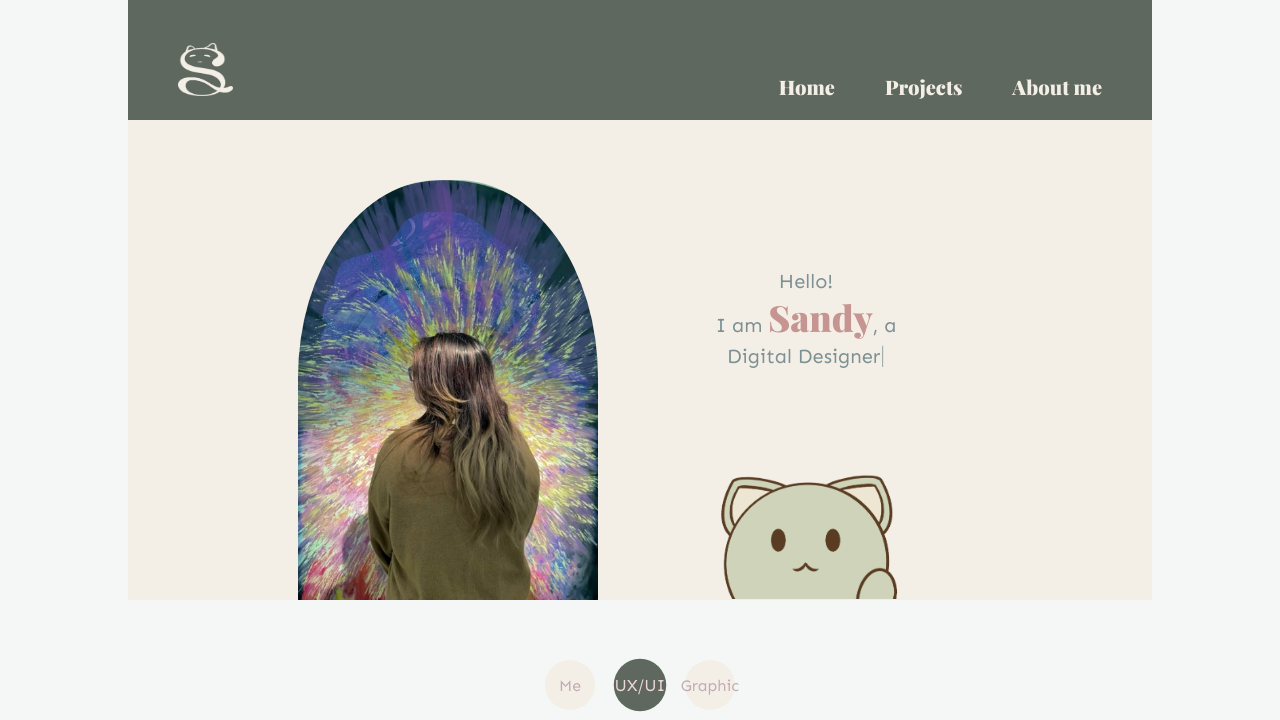
Repository: SandyLy453/portfolio
Page: /
An editor plug-in stored every save of this project. The page is shown before and after the next save, followed by the edit.
The browser window is 1280 px wide. The pictures show the whole page.
An inner scrolling area shows only its first screen. The project was rebuilt for these pictures with package versions that can differ from the ones it lists, and the page was loaded fresh each time. The framework's server and built-in components were replaced by stand-ins that run in the browser. Also part of the build but not shown: next.config.mjs, modules/Footer/Footer.module.css, modules/Footer/Footer.js, modules/ProjectCard/ProjectCard.module.css, modules/ProjectCard/Projectcard.js.

Above is the page before, as saved 2025-02-17 17:28:09.

After the next save:
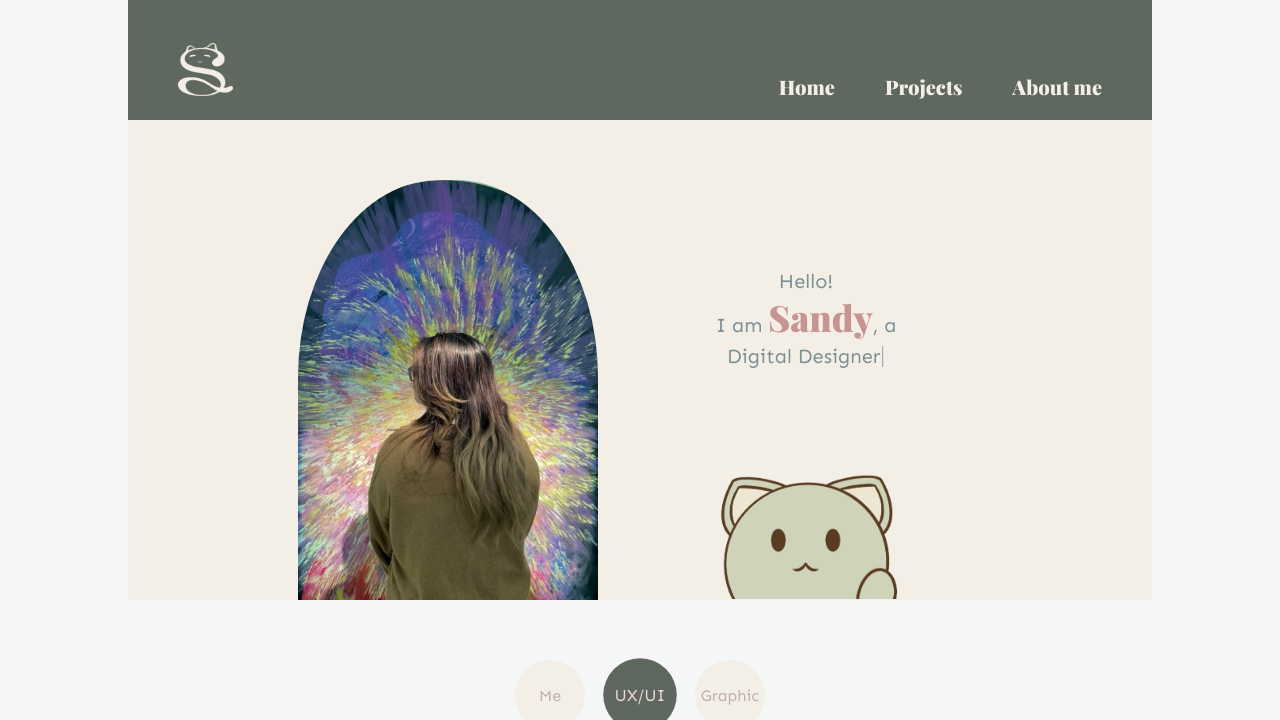
Saved 8 s later.
--- a/modules/ShowCase/ShowCase.module.css
+++ b/modules/ShowCase/ShowCase.module.css
@@ -148,8 +148,8 @@
         flex-direction: row;
     }
     .tag, .active {
-        width: 50px;
-        height: 50px;
+        width: 70px;
+        height: 70px;
     }
 }
 
